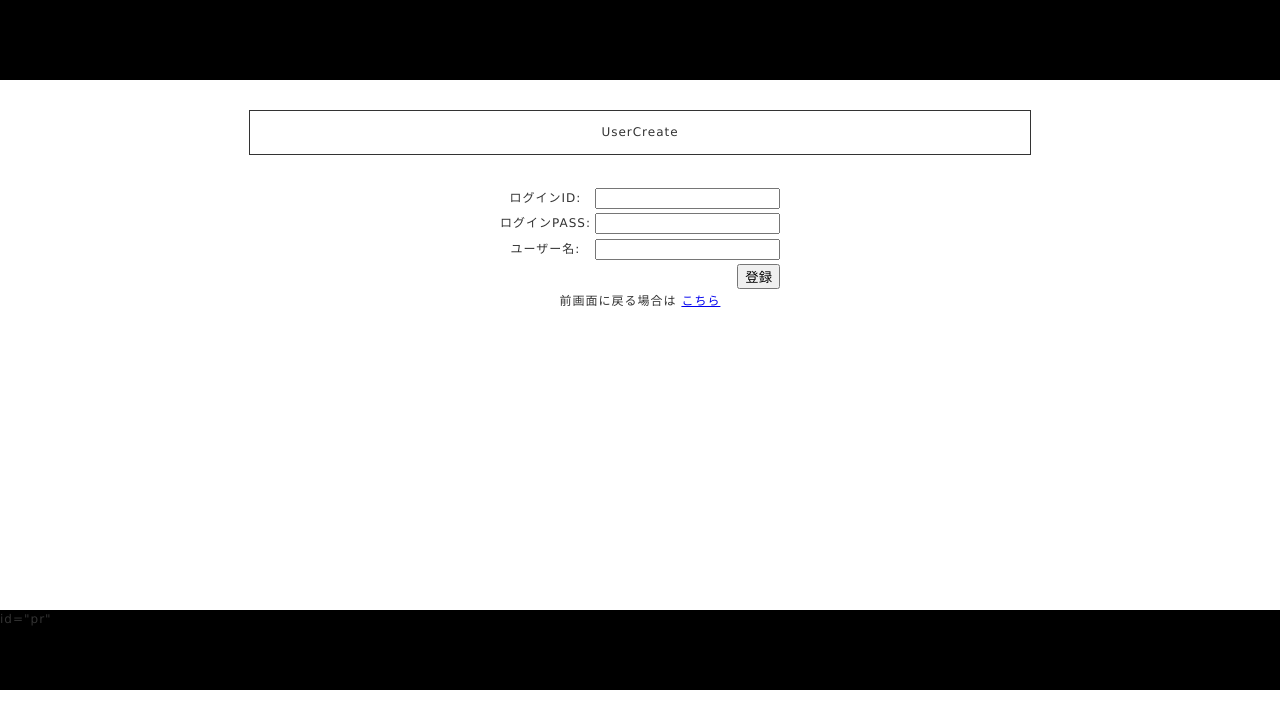
Repository: ryuhei0204/test
Page: http://localhost/template2/UserCreateAction.action
These files come from the project's save history. The page is drawn as it stood at one moment and after the next save; the edit follows.
The browser window is 1280 px wide. The pictures show the whole page.
The page is served by Tomcat 9. Other server files are loaded and not shown.

Above is the page before, as saved 2019-05-28 02:04:14.

### template2/WebContent/userCreate.jsp
<%@ page language="java" contentType="text/html; charset=UTF-8"
    pageEncoding="UTF-8"%>
<%@ taglib prefix="s" uri="/struts-tags" %>
<!DOCTYPE html>
<html>
<head>
   <meta http-equiv="Content-Type" content="text/html; charset=utf-8"/>
   <meta http-equiv="Content-Style-Type" content="text/css"/>
   <meta http-equiv="Content-Script-Type" content="text/javascript"/>
   <meta http-equiv="imagetoolbar" content="no"/>
   <meta name="description" content=""/>
   <meta name="keywords" content=""/>
<title>UserCreate画面</title>

<style type="text/css">
/*========TAG LAYOUT========*/

body{
  margin:0;
  padding:0;
  line-height:1.6;
  letter-spacing:1px;
  font-family:Verdana,Helvetica,sans-serif;
  font-size:12px;
  color:#333;
  background:#fff;
}

table{
  text-align:center;
  margin:0 auto;
}
/*========ID LAYOUT========*/
#top{
  width:780px;
  margin:30px auto;
  border:1px solid #333;
}

#header{
  width:100%;
  height:80px;
  background-color:black;
}

#main{
  width:100%;
  height:500px;
  text-align:center;
}

#footer{
  width:100%;
  height:80px;
  background-color:black;
  clear:both;
}
</style>
</head>
<body>
  <div id="header">
    <div id="pr">
    </div>
  </div>
  <div id="main">
    <div id="top">
      <p>UserCreate</p>
    </div>
    <div>
    <s:if test="errorMessage !=''">
      <s:property value="errorMessage" escape="false"/>
    </s:if>
    <table>
    <s:form action="UserCreateConfirmAction">
      <tr>
        <td>
          <label>ログインID:</label>
        </td>
        <td>
          <input type="text" name="loginUserId" value=""/>
        </td>
      </tr>
      <tr>
        <td>
          <label>ログインPASS:</label>
        </td>
        <td>
          <input type="text" name="loginPassword" value=""/>
        </td>
      </tr>
      <tr>
        <td>
          <label>ユーザー名:</label>
        </td>
        <td>
          <input type="text" name="userName" value=""/>
        </td>
      </tr>
      <s:submit value="登録"/>

    </s:form>
    </table>
    <div>
      <span>前画面に戻る場合は</span>
      <a href='<s:url action="HomeAction"/>'>こちら</a>
    </div>
  </div>
</div>
<div id="footer">
 <div> id="pr"
 </div>
</div>
</body>
</html>

After the next save:
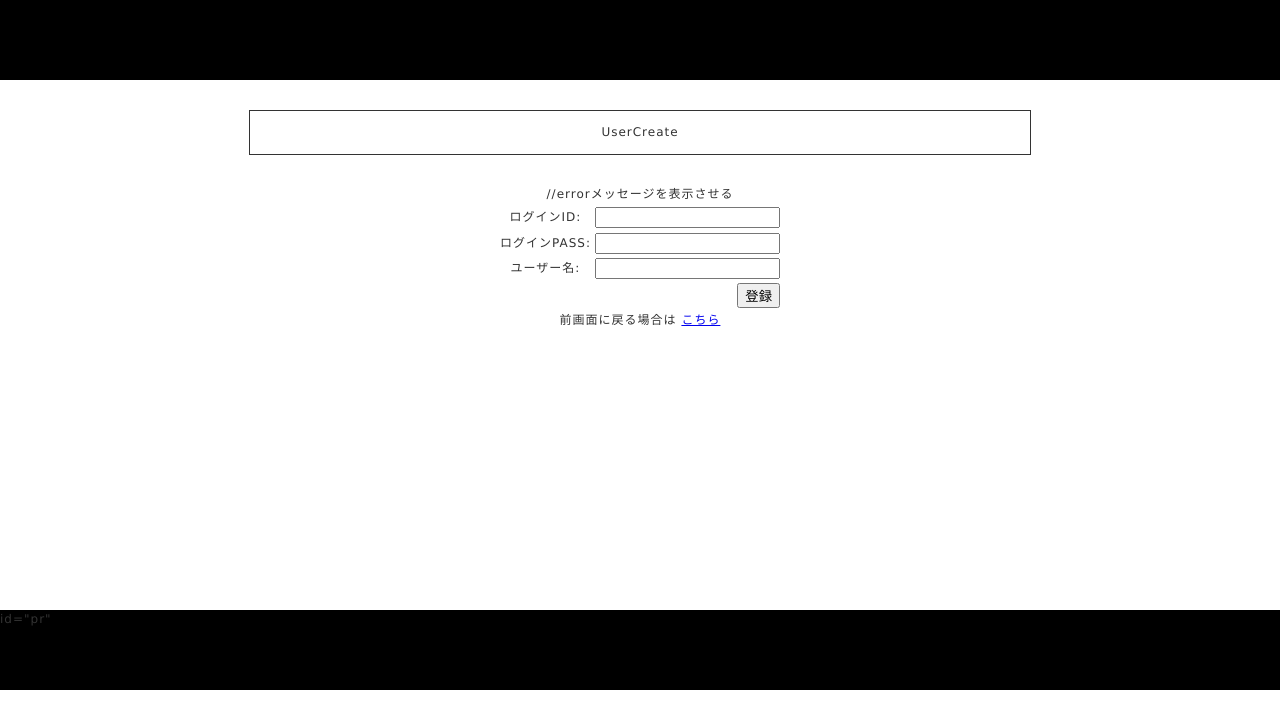
Saved 9 min 46 s later.
--- a/template2/WebContent/userCreate.jsp
+++ b/template2/WebContent/userCreate.jsp
@@ -67,6 +67,7 @@
       <p>UserCreate</p>
     </div>
     <div>
+    //errorメッセージを表示させる
     <s:if test="errorMessage !=''">
       <s:property value="errorMessage" escape="false"/>
     </s:if>

After the save that followed:
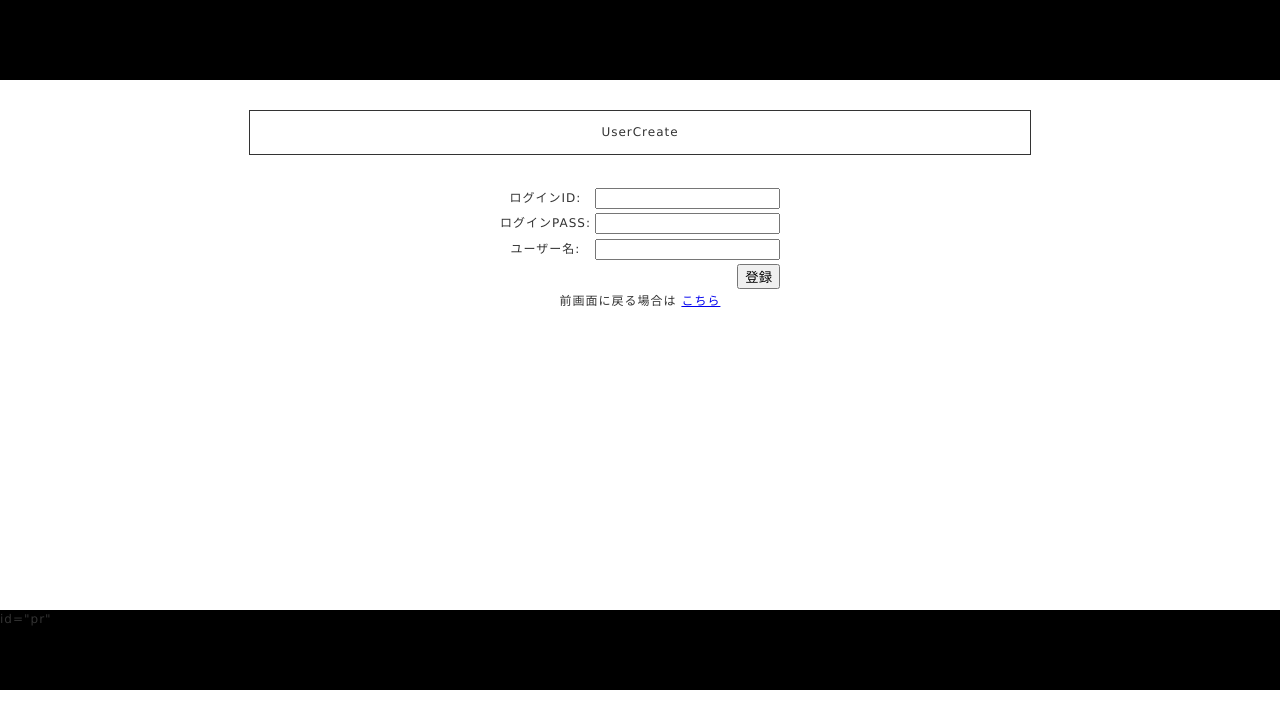
Saved 73 s later.
--- a/template2/WebContent/userCreate.jsp
+++ b/template2/WebContent/userCreate.jsp
@@ -67,7 +67,7 @@
       <p>UserCreate</p>
     </div>
     <div>
-    //errorメッセージを表示させる
+<!--     errorメッセージを表示させる -->
     <s:if test="errorMessage !=''">
       <s:property value="errorMessage" escape="false"/>
     </s:if>
